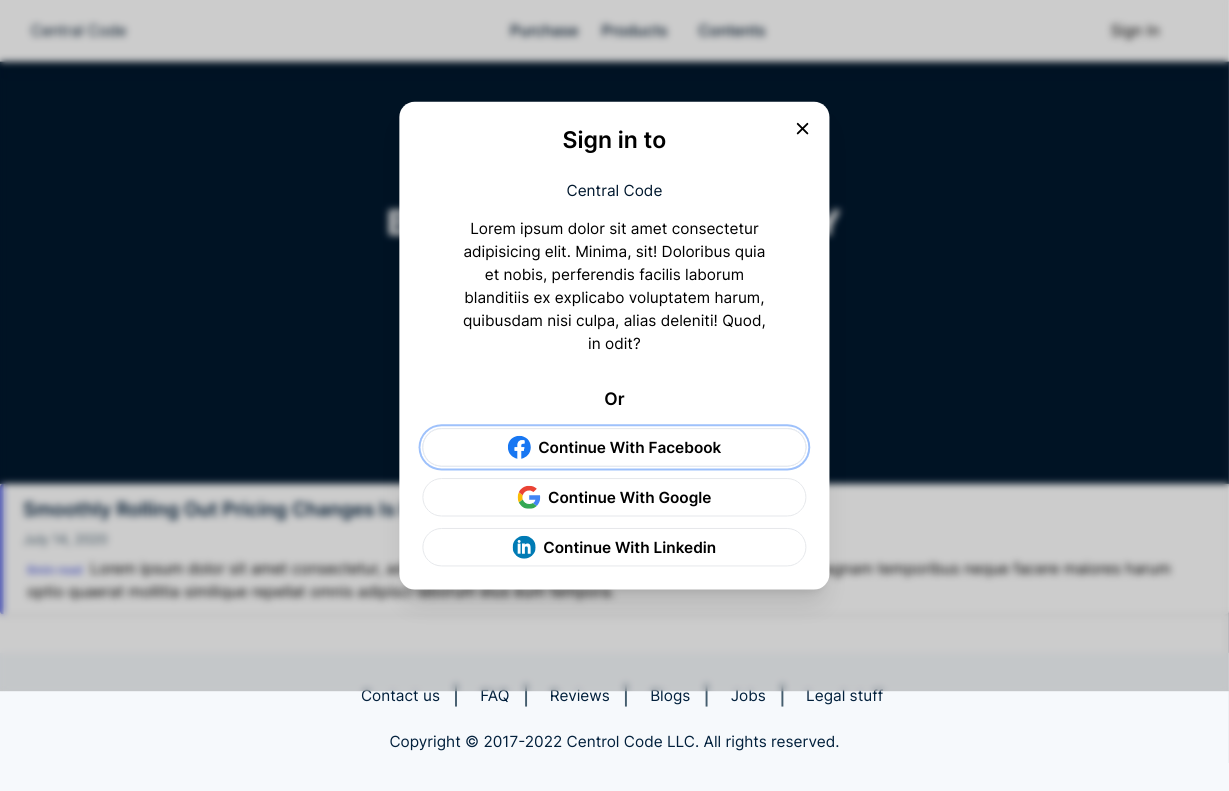
Repository: om1ars/Xjkey
Page: /privacy
An editor plug-in stored every save of this project. The page is shown before and after a run of saves, followed by the edit.
The browser window is 1280 px wide. The pictures show the whole page, at 96% of full size.
The project was rebuilt for these pictures with package versions that can differ from the ones it lists, and the page was loaded fresh each time. The framework's server and built-in components were replaced by stand-ins that run in the browser. Also part of the build but not shown: next.config.js.

Above is the page before, as saved 2022-03-20 23:10:38.

### src/pages/_app.tsx
import "@/css/fonts.css";
// Import Swiper styles
import "swiper/css";
import "swiper/css/free-mode";
import "swiper/css/scrollbar";
import "swiper/css/navigation";
//
import "@/css/main.scss";
import type { AppProps } from "next/app";
import { ThemeProvider } from "next-themes";
import { Header } from "@/components/Header";
import DefaultLayout from "@/layouts/DefaultLayout";
import Head from "next/head";

function MyApp({ Component, pageProps }: AppProps) {
  return (
    <>
      <Head>
        <link
          rel="stylesheet"
          href="https://cdn.jsdelivr.net/gh/devicons/devicon@latest/devicon.min.css"
        />
      </Head>
      <ThemeProvider attribute="class" defaultTheme="system">
        <DefaultLayout>
          <Component {...pageProps} />
        </DefaultLayout>
      </ThemeProvider>
    </>
  );
}

export default MyApp;

### src/pages/_document.tsx
import NextDocument, {
  Html,
  Head,
  Main,
  NextScript,
  DocumentContext,
} from 'next/document';

export default class Document extends NextDocument {
  static async getInitialProps(ctx: DocumentContext) {
    const initialProps = await NextDocument.getInitialProps(ctx);
    return { ...initialProps };
  }

  render() {
    return (
      <Html lang='en' className='dark'>
        <Head>
          <link href='/favicons/site.webmanifest' rel='manifest' />
          <link href='/favicons/favicon.ico' rel='shortcut icon' />
          <link
            href='/favicons/apple-touch-icon.png'
            rel='apple-touch-icon'
            sizes='180x180'
          />
          <link
            href='/favicons/favicon-32x32.png'
            rel='icon'
            sizes='32x32'
            type='image/png'
          />
          <link
            href='/favicons/favicon-16x16.png'
            rel='icon'
            sizes='16x16'
            type='image/png'
          />
          <link
            rel='mask-icon'
            href='/favicons/safari-pinned-tab.svg'
            color='#6366f1'
          />
          <meta content='#ffffff' name='theme-color' />
          <meta content='#ffffff' name='msapplication-TileColor' />
          <meta
            content='/favicons/browserconfig.xml'
            name='msapplication-config'
          />
        </Head>
        <body className='dark:highlight-white/5 bg-neutral-100 text-slate-900 antialiased dark:bg-gray-800 dark:text-white'>
          <Main />
          <NextScript />
        </body>
      </Html>
    );
  }
}

### src/pages/privacy.tsx
import Hero from "@/components/HomeComponents/Hero";
import React from "react";

export default function Privacy() {
  return (
    <div>
      <Hero title="Boring Privacy Policy" subtitle="Because we gotta have it" />
      <div className="rounded border-l-4 border-buttonBg bg-white py-3 px-5 shadow transition-all hover:-translate-y-1 hover:shadow-lg">
        <div className="flex flex-row items-center justify-between">
          <div>
            <h6 className="text-xl font-semibold  text-textBold">
              Smoothly Rolling Out Pricing Changes Is Hard.
            </h6>
            <h4 className="mt-2 mb-2  text-left text-sm text-textColor">
              July 14, 2020
            </h4>
          </div>
          <div></div>
        </div>
        <div className="flex flex-row items-center justify-start text-left">
          <span className="mr-1"></span>
          <p>
            <span className="mr-2 text-xs  font-semibold  text-buttonBg">
              6min read
            </span>
            <span>
              Lorem ipsum dolor sit amet consectetur, adipisicing elit.
              Accusantium quod asperiores quam, quos, magnam temporibus neque
              facere maiores harum optio quaerat mollitia similique repellat
              omnis adipisci laborum eius eum tempora.{" "}
            </span>
          </p>
        </div>
      </div>
    </div>
  );
}

### src/css/fonts.css
@font-face {
  font-family: "Inter var";
  font-weight: 100 900;
  font-display: swap;
  font-style: normal;
  font-named-instance: "Regular";
  src: url("../fonts/Inter-roman-latin.var.woff2") format("woff2");
}

@font-face {
  font-family: "Inter var";
  font-weight: 100 900;
  font-display: swap;
  font-style: italic;
  font-named-instance: "Italic";
  src: url("../fonts/Inter-italic-latin.var.woff2") format("woff2");
}

### src/css/main.scss
@tailwind base;
@tailwind components;
@tailwind utilities;
@import "./flip-card.scss";
@import "node_modules/react-modal-video/scss/modal-video.scss";

@layer base {
  .dark {
    color-scheme: dark;
  }
}

/* styling Swiper default navigations elements */
.swiper-button-next {
  background-color: theme("colors.white");
  height: 40px;
  width: 40px;
  border-radius: 100px;
  box-shadow: theme("boxShadow.lg");
  transition: all;
  transition-duration: 150ms;
}

html.dark .swiper-button-next {
  background-color: theme("colors.mainBg");
}

.swiper-button-next:hover {
  background-color: theme("colors.mainBg");
}

html.dark .swiper-button-next:hover {
  background-color: theme("colors.mainBg");
}

.swiper-button-next::after {
  color: black;
  font-size: 1rem;
  font-weight: bold;
}
html.dark .swiper-button-next::after {
  color: theme("colors.white");
}

.swiper-button-prev {
  background-color: theme("colors.white");
  height: 40px;
  width: 40px;
  border-radius: 100px;
  box-shadow: theme("boxShadow.lg");
  transition: all;
  transition-duration: 150ms;
}

html.dark .swiper-button-prev {
  background-color: theme("colors.mainBg");
}

.swiper-button-prev:hover {
  background-color: theme("colors.mainBg");
}

html.dark .swiper-button-prev:hover {
  background-color: theme("colors.mainBg");
}

.swiper-button-prev::after {
  color: black;
  font-size: 1rem;
  font-weight: bold;
}
html.dark .swiper-button-prev::after {
  color: theme("colors.white");
}

html.dark .swiper-scrollbar {
  background: rgb(255, 255, 255, 0.2);
}
html.dark .swiper-scrollbar-drag {
  background: rgb(255, 255, 255, 0.6);
}
/* end of styling Swiper default navigations elements */

.front_main_drop:hover .front_sub_drop {
  display: block;
}
.back_main_drop:hover .back_sub_drop {
  display: block;
}

::-webkit-scrollbar {
  width: 4px;
}

/* Handle */
::-webkit-scrollbar-thumb {
  background: #626ee3;
  border-radius: 6px;
}

/* Handle on hover */
::-webkit-scrollbar-thumb:hover {
  background: #535DC5;
}

### src/layouts/DefaultLayout.tsx
import Footer from "@/components/Footer";
import { Header } from "@/components/Header";
import React, { FC } from "react";

export default function DefaultLayout({ children }: any) {
  return (
    <div>
      <Header />
      <main>{children}</main>
      <Footer />
    </div>
  );
}

### src/components/HomeComponents/Hero.tsx
import React, { useEffect, useState } from "react";
import Image from "next/image";
import { Transition } from "@headlessui/react";
import { Button, IconButton } from "../Button";

const Hero = ({ title, subtitle }: any) => {
  const [showBanner, setShowBanner] = useState(true);
  return (
    <>
      <div className="relative h-[640px] w-full bg-mainBg text-white sm:h-[55vh] md:h-[440px]">
        {/* <Image
          src="/img/corporate.jpg"
          alt="corporate"
          layout="fill"
          objectFit="cover"
        /> */}
        <div className="absolute inset-0 bg-neutral-900/70">
          <div className="mx-auto max-w-screen-lg">
            <div className="m-6 min-h-[60px]">

            </div>
            <div className="mx-4  mt-16 flex flex-col items-center text-center">
              <h1 className="text-xl font-extrabold uppercase tracking-wide text-white sm:text-4xl md:text-3xl lg:text-4xl">
                {title}
              </h1>
              <span className="mt-6 text-xl text-white sm:text-2xl">
                {subtitle}
              </span>

              <div className="mt-8">
                {/* <SearchForm /> */}
              </div>
            </div>
          </div>
        </div>
      </div>
      {/* <HeroBottomCard /> */}
    </>
  );
};

export default Hero;

const HeroInnerBanner: React.FC<{ show: boolean; onClose: () => void }> = ({
  show,
  onClose,
}) => {
  return (
    <Transition
      show={show}
      enter="transition-opacity duration-75"
      enterFrom="opacity-0"
      enterTo="opacity-100"
      leave="transition-opacity duration-150"
      leaveFrom="opacity-100"
      leaveTo="opacity-0"
    >
      <div className="relative rounded bg-gradient-to-r from-purple-500 to-indigo-800 py-3 px-8 text-center text-white shadow-lg md:rounded-full">
        <p>
          Welcome to <span className="font-bold">HIREDLi</span>. An easier and
          faster job discovery platform.
        </p>
        <span className="absolute top-1 right-1 sm:top-2 sm:right-2">
          <IconButton
            aria-label="close banner"
            variant="ghost"
            size="sm"
            onClick={onClose}
          >
            <svg
              className="h-6 w-6"
              fill="none"
              viewBox="0 0 24 24"
              stroke="currentColor"
            >
              <path
                strokeLinecap="round"
                strokeLinejoin="round"
                strokeWidth={2}
                d="M6 18L18 6M6 6l12 12"
              />
            </svg>
          </IconButton>
        </span>
      </div>
    </Transition>
  );
};

const items = [
  "Algorithms adn DSA",
  "Advanced React.js",
  "Interview questions",
];

const SearchForm = () => {
  const [query, setQuery] = useState("");
  const [isDirty, setIsDirty] = useState(false);

  useEffect(() => {
    let index = 0;
    let interval = setInterval(() => {
      if (!isDirty) {
        let value = items[index >= items.length ? (index = 0) : index];
        setQuery(value);
      }
      index++;
    }, 2000);

    return () => {
      clearInterval(interval);
    };
  }, [isDirty]);

  return (
    <form
      className="group"
      onSubmit={(e) => {
        e.preventDefault();
      }}
    >
      <div
        id="form-control"
        className="flex items-center overflow-hidden rounded-full bg-white shadow-md group-focus-within:ring-2 group-focus-within:ring-indigo-400 group-focus-within:ring-offset-2 group-focus-within:ring-offset-transparent"
      >
        <span className="pointer-events-none block px-2 text-textBold group-focus-within:text-textBold">
          <svg
            className="h-6 w-6"
            fill="none"
            viewBox="0 0 24 24"
            stroke="currentColor"
          >
            <path
              strokeLinecap="round"
              strokeLinejoin="round"
              strokeWidth={2}
              d="M21 21l-6-6m2-5a7 7 0 11-14 0 7 7 0 0114 0z"
            />
          </svg>
        </span>
        <input
          className="w-full outline-none border-none appearance-none border-transparent p-2 text-xl leading-6 text-textBold placeholder-textBold focus:border-transparent focus:ring-0"
          type="text"
          aria-label="Search input"
          placeholder="Search for anything"
          onClick={() => {
            if (!isDirty) {
              setIsDirty(true);
              setQuery("");
            }
          }}
          value={query}
          onChange={(e) => setQuery(e.target.value)}
        />
        <button
          type="submit"
          className="hidden h-11 shrink-0  bg-buttonBg px-2 font-semibold text-white transition-colors duration-500 ease-in-out hover:bg-buttonHover sm:block"
        >
          Discover Now
        </button>
      </div>
      <Button size="lg" type="submit" className="mt-8 sm:hidden">
        Discover Now
      </Button>
    </form>
  );
};

### src/css/flip-card.scss
.algo_flip_card_container {
  width: 100%;
  padding: 40px;
  height: 100%;
  background: #02203c;
  //   display: flex;
  justify-content: center;
  align-items: center;
}
.services-box {
  display: flex;
  justify-content: center;
  align-items: center;
  flex-wrap: wrap;
}

.service {
  margin: 8px;
}

.flip-box {
  background-color: transparent;
  width: 300px;
  height: 200px;
  //   border: 1px solid #15314b;
  border-radius: 10px;
  perspective: 1000px;
}

.flip-box-inner {
  position: relative;
  width: 100%;
  height: 100%;
  text-align: center;
  transition: transform 0.4s;
  transform-style: preserve-3d;

  display: flex;
  justify-content: center;
  align-items: center;
}

.flip-box:hover .flip-box-inner {
  transform: rotateY(180deg);
}

.flip-box-front,
.flip-box-back {
  position: absolute;
  width: 100%;
  height: 100%;
  -webkit-backface-visibility: hidden;
  backface-visibility: hidden;

  display: flex;
  justify-content: center;
  align-items: center;
  flex-direction: column;
}

.flip-box-front {
  background-color: #15314b;
  color: white;
  border-radius: 4px;
}

.flip-box-front img {
  height: 50px;
  width: 50px;
}

.flip-box-back {
  background-color: #15314b;
  color: white;
  transform: rotateY(180deg);
  border-radius: 4px;
  padding: 16px;
}

### src/components/Footer.tsx
import Link from "next/link";
import React from "react";

export default function Footer() {
  return (
    <div>
      <div className="mt-10 flex flex-col items-center justify-center bg-whiteBg pl-48 pr-48 pt-8 pb-10 text-textBold">
        <div className="sm:flex sm:flex-wrap md:flex md:flex-wrap lg:flex ">
          <div className="ml-4 flex ">
            <span className="mr-2 ml-2">
              <Link href="/help">Contact us</Link>
            </span>
            <div className=" ml-2 w-0.5 bg-textColor"></div>
          </div>
          <div className="ml-4 flex ">
            <span className="mr-2 ml-2">
              <Link href="/help">FAQ</Link>
            </span>
            <div className=" ml-2 w-0.5 bg-textColor"></div>
          </div>
          <div className="ml-4 flex ">
            <span className="mr-2 ml-2">Reviews</span>
            <div className=" ml-2 w-0.5 bg-textColor"></div>
          </div>
          <div className="ml-4 flex ">
            <span className="mr-2 ml-2">
              <Link href="/blog">Blogs</Link>
            </span>
            <div className=" ml-2 w-0.5 bg-textColor"></div>
          </div>
          <div className="ml-4 flex ">
            <span className="mr-2 ml-2">Jobs</span>
            <div className=" ml-2 w-0.5 bg-textColor"></div>
          </div>
          <div className="ml-4 flex ">
            <span className="mr-2 ml-2 ">
              <Link href="/privacy">Legal stuff</Link>
            </span>
          </div>
        </div>
        <div className="mt-6">
          <span>
            Copyright © 2017-2022 Centrol Code LLC. All rights reserved.
          </span>
        </div>
      </div>
    </div>
  );
}

### src/components/Button/index.tsx
import React, { forwardRef } from "react";
import { __DEV__ } from "@/utils/assertions";

type BaseButtonProps = Omit<React.HTMLProps<HTMLButtonElement>, "size">;

/* === Button Element === */

export interface ButtonProps extends BaseButtonProps {
  children: React.ReactNode;
  fullWidth?: boolean;
  className?: string;
  variant?: "solid" | "outline" | "ghost";
  size?: "sm" | "md" | "lg";
  as?: string;
  isExternal?: boolean;
  type?: "button" | "submit" | "reset";
}

export const Button = forwardRef<HTMLButtonElement, ButtonProps>(
  (
    {
      children,
      variant = "solid",
      size = "md",
      fullWidth = false,
      className,
      as = "button",
      isExternal = false,
      ...rest
    },
    ref
  ) => {
    let tempClassNames: string[] = [];

    const sharedClasses = [
      "capitalize",
      "focus:outline-none",
      "focus:ring-2",
      "focus:ring-sky-400",
      "focus:ring-offset-2",
      "focus:ring-offset-sky-50",
      "font-semibold",
      "rounded-full",
      "inline-flex",
      "flex-shrink-0",
      "items-center",
      "justify-center",
      "transition-colors",
      "ease-in-out",
      "duration-500",
    ];

    if (fullWidth) sharedClasses.push("w-full");

    // handle variants
    let btnSolid = ["bg-sky-600", "hover:bg-sky-700", "text-white"];
    let btnOutline = [
      "dark:text-white",
      "hover:text-sky-700",
      "hover:dark:text-sky-700",
      "bg-transparent",
      "hover:bg-sky-50",
      "border",
      "border-sky-600",
    ];
    let btnGhost = [
      "bg-transparent",
      "dark:text-white",
      "hover:bg-sky-50",
      "hover:text-sky-700",
      "hover:dark:text-sky-700",
    ];

    if (variant === "solid") {
      tempClassNames = [...sharedClasses, ...btnSolid];
    } else if (variant === "outline") {
      tempClassNames = [...sharedClasses, ...btnOutline];
    } else if (variant === "ghost") {
      tempClassNames = [...sharedClasses, ...btnGhost];
    }

    // handle sizes
    let sizeSm = ["h-8", "px-2", "text-sm"];
    let sizeMd = ["h-10", "px-3"];
    let sizeLg = ["h-12", "px-4", "text-lg"];

    if (size === "sm") {
      tempClassNames = [...tempClassNames, ...sizeSm];
    } else if (size === "md") {
      tempClassNames = [...tempClassNames, ...sizeMd];
    } else if (size === "lg") {
      tempClassNames = [...tempClassNames, ...sizeLg];
    }

    let classes = tempClassNames.join(" ");

    let Element = as ? (
      React.createElement(
        as,
        {
          className: `${classes} ${className}`,
          target: isExternal ? "_blank" : undefined,
          rel: isExternal ? "noopener noreferrer" : undefined,
          ref,
          ...rest,
        },
        children
      )
    ) : (
      <button {...rest} className={`${classes} ${className}`} ref={ref}>
        {children}
      </button>
    );

    return Element;
  }
);

if (__DEV__) {
  Button.displayName = "Button";
}

/* === IconButton Element === */

export interface IconButtonProps extends ButtonProps {
  icon?: React.ReactElement;
  "aria-label": string;
}

export const IconButton = forwardRef<HTMLButtonElement, IconButtonProps>(
  (
    {
      children,
      icon,
      className,
      "aria-label": ariaLabel,
      size = "md",
      ...rest
    },
    ref
  ) => {
    let sharedClasses = ["rounded-full", "!px-0"];

    // handle sizes
    let sizeSm = ["w-8"];
    let sizeMd = ["w-10"];
    let sizeLg = ["w-12"];

    if (size === "sm") {
      sharedClasses = [...sharedClasses, ...sizeSm];
    } else if (size === "md") {
      sharedClasses = [...sharedClasses, ...sizeMd];
    } else if (size === "lg") {
      sharedClasses = [...sharedClasses, ...sizeLg];
    }

    /**
     * Passing the icon as prop or children should work
     */
    const element = icon || children;
    const _children = React.isValidElement(element)
      ? React.cloneElement(element as any, {
          "aria-hidden": true,
          focusable: false,
        })
      : null;

    let classes = sharedClasses.join(" ");
    return (
      <Button
      className={`${classes} ${className}`}
        aria-label={ariaLabel}
        size={size}
        {...rest}
        ref={ref}
      >
        {_children}
      </Button>
    );
  }
);

if (__DEV__) {
  IconButton.displayName = "IconButton";
}

### src/components/Logo.tsx
import clsx from "clsx";
import React from "react";

export default function Logo() {
  return (
    <span
      className='text-mainBg'
    >
      Central Code
    </span>
  );
}

### src/utils/assertions.ts
export const __DEV__ = process.env.NODE_ENV !== "production";

Loaded but not shown: tailwind.config.js (40 lines, source omitted); src/components/Header.tsx (386 lines, source omitted); src/components/HomeComponents/AuthenticationDialog.tsx (206 lines, source omitted); src/components/ThemeToggle.tsx (220 lines, source omitted)

After the next 3 saves:
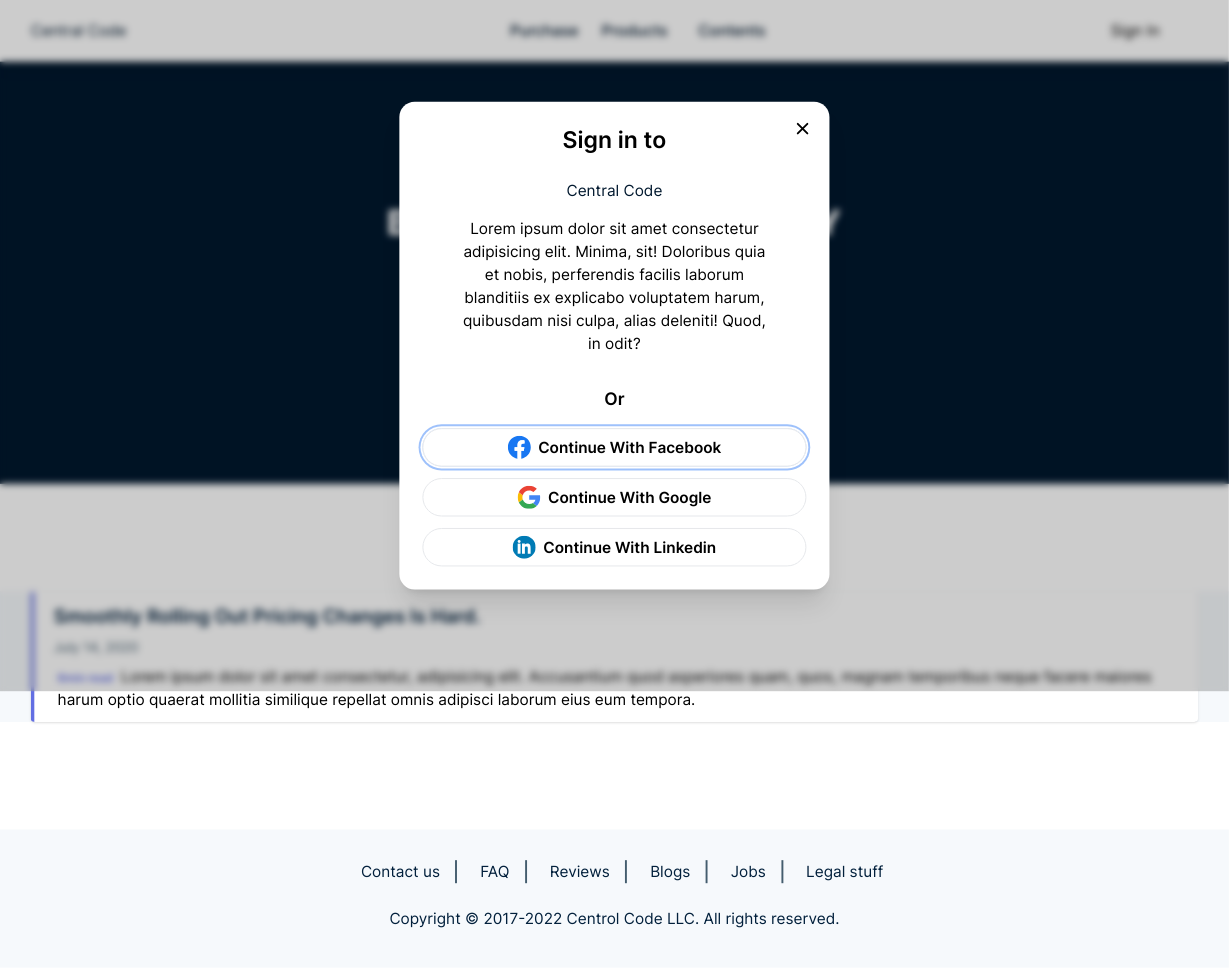
The 3 saves are shown as one change because 1 did not build or start and some came seconds apart.
The last was saved 7 min 45 s later.
--- a/src/pages/privacy.tsx
+++ b/src/pages/privacy.tsx
@@ -5,7 +5,13 @@ export default function Privacy() {
   return (
     <div>
       <Hero title="Boring Privacy Policy" subtitle="Because we gotta have it" />
-      <div className="rounded border-l-4 border-buttonBg bg-white py-3 px-5 shadow transition-all hover:-translate-y-1 hover:shadow-lg">
+
+      <main
+        className="mx-auto max-w-screen-xl bg-whiteBg px-6 sm:px-8 "
+        id="video-explanation"
+      >
+        <div className="mt-28 mb-28 space-y-20">
+        <div className="rounded border-l-4 border-buttonBg bg-white py-3 px-5 shadow transition-all hover:-translate-y-1 hover:shadow-lg">
         <div className="flex flex-row items-center justify-between">
           <div>
             <h6 className="text-xl font-semibold  text-textBold">
@@ -31,7 +37,8 @@ export default function Privacy() {
             </span>
           </p>
         </div>
-      </div>
+      </div>        </div>
+      </main>
     </div>
   );
 }
